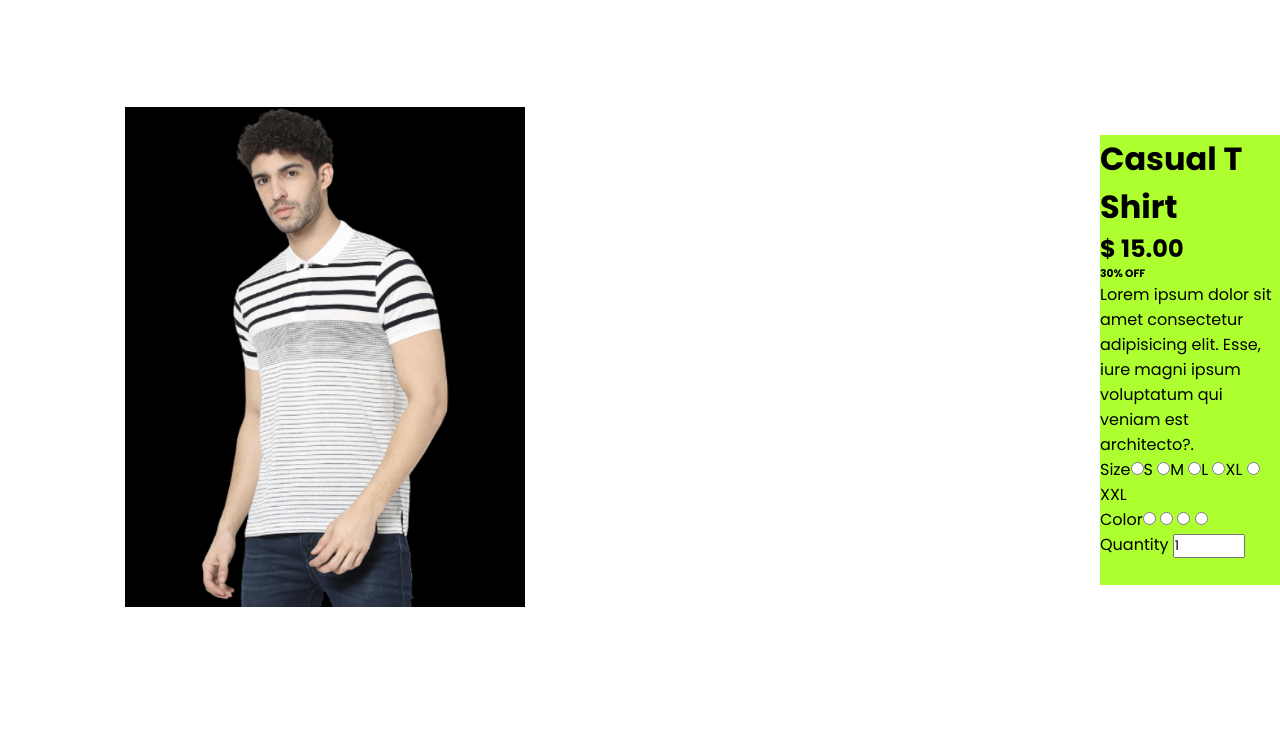
Repository: Ankitkr2021/Product-Page
Page: index.html
These files come from the project's save history. The page is drawn as it stood at one moment and after the next save; the edit follows.
The browser window is 1280 px wide. The pictures show the whole page.

Above is the page before, as saved 2025-10-24 10:25:07.

After the next save:
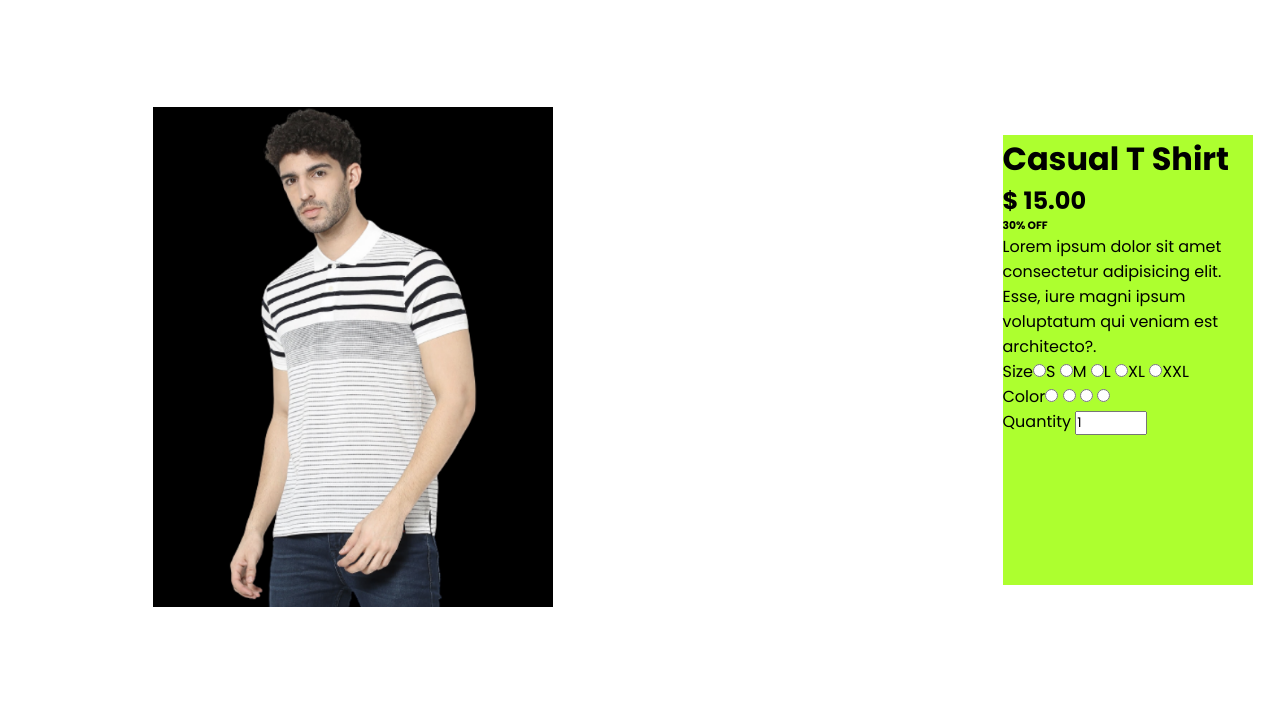
Saved 6 s later.
--- a/style.css
+++ b/style.css
@@ -17,7 +17,7 @@
 
 .left {
 
-    padding: 125px;
+    padding-left: 125px;
 }
 
 .left img {
